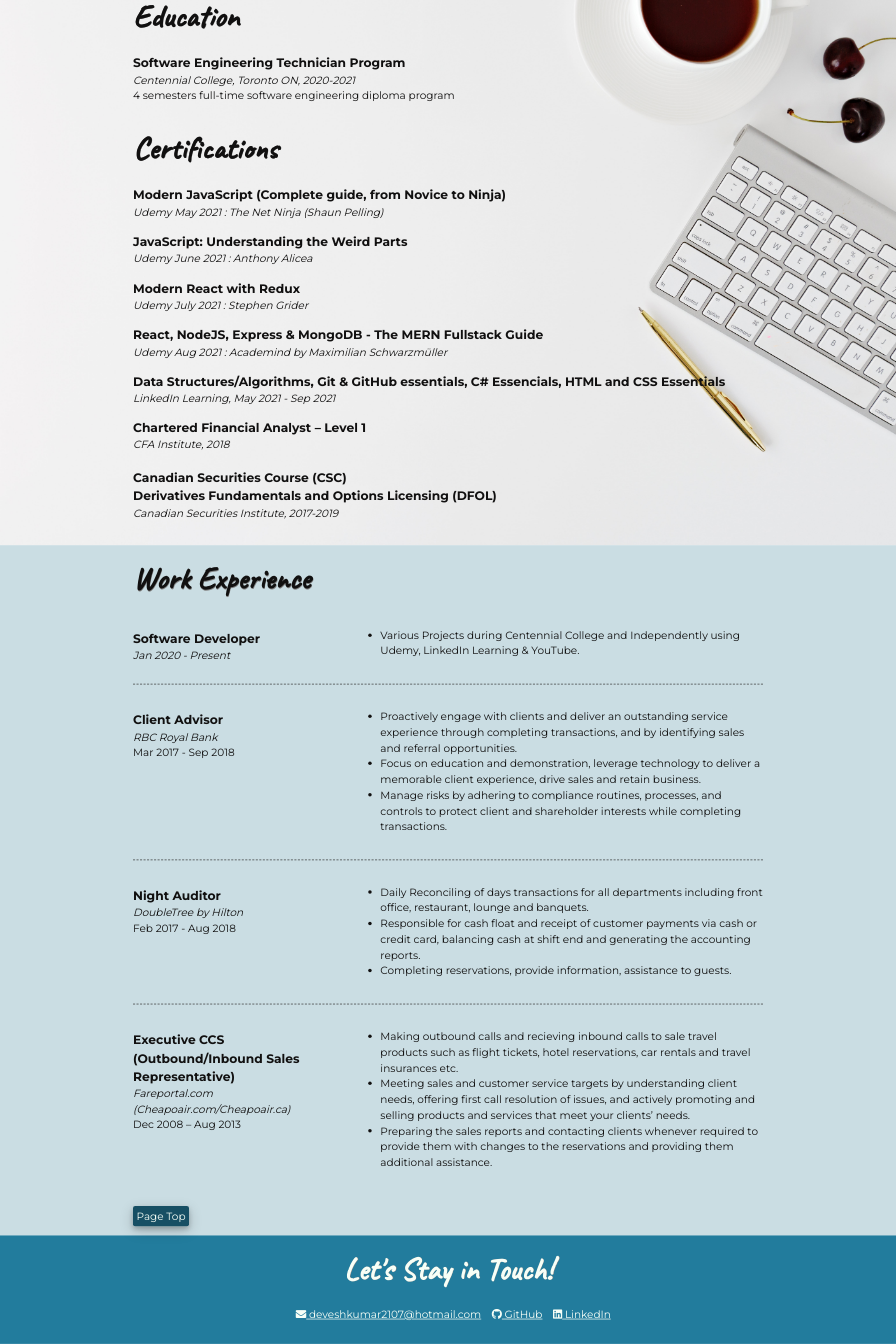
Repository: My-Web-Page/MyWebPage
Page: index.html
These files come from the project's save history. The page is drawn as it stood at one moment and after the next save; the edit follows.
The browser window is 1280 px wide. The pictures show the part of the page from y = 3357 to 5277 px (the page is 5277 px tall before and 5003 px after), at 70% of full size.
Some web libraries are served in a nearby version.

Above is the page before, as saved 2021-09-07 00:28:13.

### index.html
<!DOCTYPE html>
<html lang="en">

<head>
    <meta charset="UTF-8">
    <meta name="viewport" content="width=device-width, initial-scale=1.0">
    <link href="./assets/images/favicon.ico" rel="icon" type="image/x-icon" />

    <title> Devesh Kumar : Full-Stack Developer</title>
    <link rel="preconnect" href="https://fonts.gstatic.com">
    <link href="https://fonts.googleapis.com/css2?family=Caveat&family=Montserrat:wght@400;700&display=swap" rel="stylesheet">
    <link rel="stylesheet" href="https://pro.fontawesome.com/releases/v5.10.0/css/all.css" integrity="sha384-AYmEC3Yw5cVb3ZcuHtOA93w35dYTsvhLPVnYs9eStHfGJvOvKxVfELGroGkvsg+p" crossorigin="anonymous" />

    <link rel="stylesheet" href="style.css">
</head>

<body>
    <main>
        <!-- ***********************  ABOUT / PROFILE  *********************** -->
        <header>
            <div class="container">
                <h1>Devesh Kumar</h1>
                <h2>Software Developer</h2>
            </div>
        </header>

        <nav id="navbar">
            <ul class="nav-ul">
                <li>
                    <a href="#about-me"><i class="fas fa-info-circle"></i>About Me</a>
                </li>
                <li>
                    <a href="#projects"><i class="fab fa-elementor"></i>Projects</a>
                </li>
                <li>
                    <a href="#education"><i class="fas fa-graduation-cap"></i>Education</a>
                </li>
                <li>
                    <a href="#work-experience"><i class="fas fa-briefcase"></i>Work Experience</a>
                </li>
                <li>
                    <a href="#contact"><i class="fas fa-mobile-alt"></i>Contact Me</a>
                </li>
            </ul>
        </nav>

        <!-- *********************About Me***********************  -->
        <section id="about-me">
            <div class="container">
                <h2>About Me</h2>
                <p>Hello & Welcome! I have recently completed Software Engineering Technician program at Centennial College. This program allowed me to learn and work with various programming languages and tools. Given below are the details: </p>
                <div class="grid-container">
                    <div class="grid-item">
                        <h3>Languages & tools I primarily work with:</h3>
                        <h4> HTML, CSS (Flexbox, Grid), Bootstrap, JavaScript, React.js (Hooks & Class based components), Redux, Node.js (Express.js), JSON, REST API, NPM, C#, MongoDB, Oracle SQL, Git, Postman, VS Code, Visual Studio
                            </p>
                    </div>

                    <div class="grid-item">
                        <h3>Languages & tools I am familiar with:</h3>
                        <h4>Linux, TypeScript, Python, Java, SemanticUI, Selenium, MS Azure, Jira, Trello, IntelliJ, UML, Data Structures, SDLC, OOP, Agile, Heroku, Netlify
                            </p>
                    </div>
                </div>
                <p>I have also developed grasp over software engineering concepts such as Agile, SDLC models, Agile Project Management Concepts and Object Oriented Programming. I have also developed multiple projects using React.js, Redux, JavaScript, Node.js,
                    HTML, CSS, C#, SQL, MongoDB, Git and other tools. Additionally, I have also completed some investment management courses and certifications in the past.
                </p>

                <p><strong>Repository for this wabpage: </strong><a id="my-page-repo" target="_blank" href="https://github.com/portretrieve/MyWebPage">My Web Page</a></p>

            </div>
        </section>

        <!-- *********************Pop-Ups***********************  -->
        <section class="popup-wrapper" id="popup">
            <div class="container">
                <img id="popup-img" alt="finalproject popup">
            </div>
        </section>
        <!-- ********************  PROJECTS / PORTFOLIO  ********************* -->
        <section id="projects" class="projects">
            <div class="container divider">
                <h2>My Projects</h2>


                <!-- Project a -->
                <section class="project-item clearfix">
                    <img class="project-image" src="./assets/images/Places.png" alt="Full-Stack Places App">
                    <h3>Full-Stack Places App</h3>
                    <p> <strong>Technologies Used :</strong> MERN Stack (React, Node, Express & MongoDB)
                    </p>
                    <p>Used MERN Stack to develop this webapp. React.js for frontend, Express.Js for backend & MongoDB as Database & JWT tokens for authentication.
                    </p>
                    <a class="btn" href="https://devesh-mern-app.herokuapp.com/" target="_blank">Website Link</a>
                    <a class="btn" href="https://github.com/portretrieve/Full-stack-mern-forntend-backend-combined" target="_blank">GitHub Link</a>
                </section>
                <!-- Project b -->
                <section class="project-item clearfix">
                    <img class="project-image" src="./assets/images/deveshtube.png" alt="DeveshTube App">
                    <h3>DeveshTube App</h3>
                    <p> <strong>Technologies Used :</strong> React.js (Using Hooks)</p>
                    <p>Developed this webapp using React.js (Hooks).</p>
                    <a class="btn" href="https://blissful-pasteur-e62546.netlify.app/" target="_blank">Website Link</a>
                    <a class="btn" href="https://github.com/portretrieve/reactApp-DeveshTube-using-hooks" target="_blank">GitHub Link</a>
                </section>

                <!-- Project c -->
                <section class="project-item clearfix">
                    <img class="project-image" src="./assets/images/pics.png" alt="Pics Search App">
                    <h3>Pics Search App</h3>
                    <p> <strong>Technologies Used :</strong>React.js.</p>
                    <p>Developed this webapp using React.js
                    </p>
                    <a class="btn" href="https://eager-bassi-827826.netlify.app/" target="_blank">Website Link</a>
                    <a class="btn" href="https://github.com/portretrieve/reactApp-pics" target="_blank">GitHub Link</a>
                </section>

                <!-- Project 1 -->
                <section class="project-item clearfix">
                    <img class="project-image" src="./assets/images/assignment_2.png" alt="Portfolio Assignment Using Node.js, Bootstrap, EJS and MongoDB">
                    <h3>Personal Portfolio Website</h3>
                    <p> <strong>Technologies Used :</strong> EJS, CSS, Node.js and MongoDB.</p>
                    <p>Developed this website using above mentioned technologies. I used ExpressJs middleware, and passport.js for authentication.</p>
                    <a class="btn" href="https://comp229-asnmt2.herokuapp.com/home" target="_blank">Website Link</a>
                    <a class="btn" href="https://github.com/portretrieve/Assignment_2" target="_blank">GitHub Link</a>
                </section>

                <!-- Project 2 -->
                <section class="project-item clearfix">
                    <img class="project-image" src="./assets/images/final_project.png" alt="Final Project Using Node.js, Bootstrap, EJS and MongoDB">
                    <h3>Angel's Investment Website</h3>
                    <p> <strong>Technologies Used :</strong> EJS, CSS, Node.js and MongoDB.</p>
                    <p>Created this website as a group project using Node.js(Express.js), and Passport.js to authenticate.
                    </p>
                    <a class="btn" href="https://angelinvestfinal.herokuapp.com/" target="_blank">Website Link</a>
                    <a class="btn" href="https://github.com/Angel-Investor/AngelInvestor-Web-App" target="_blank">GitHub
                        Link</a>
                </section>

                <!-- Project 3 -->
                <section class="project-item clearfix">
                    <img class="project-image" src="./assets/images/slot-machine.png" alt="Casino slot machine game using HTML, CSS, JavaScript, TypeScript and EaselJS">
                    <h3>Slot Machine Game</h3>
                    <p> <strong>Technologies Used :</strong> HTML, CSS, JavaScript, TypeScript and EaselJS.</p>
                    <a class="btn" href="https://portretrieve.github.io/COMP125-Assignment-4-CreateJS-Slot-Machine/" target="_blank">Website Link</a>
                    <a class="btn" href="https://github.com/portretrieve/COMP125-Assignment-4-CreateJS-Slot-Machine" target="_blank">GitHub Link</a>
                </section>

                <!-- Project d -->
                <section class="project-item clearfix">
                    <img class="project-image" src="./assets/images/realEstate.png" alt="Real Estate Website">
                    <h3>Real Estate Website</h3>
                    <p> <strong>Technologies Used :</strong> HTML, CSS</p>
                    <p>Developed this website using only HTML, CSS as one of my school assignments.</p>
                    <a class="btn" href="http://studentweb.cencol.ca/dkumar63/project/home.html" target="_blank">Website
                        Link</a>
                    <a class="btn" href="https://github.com/portretrieve/Real-Estate-App" target="_blank">GitHub
                        Link</a>
                </section>
                <!-- Project 4 -->
                <section class="project-item clearfix">
                    <img class="project-image" src="./assets/images/restaurant_app.png" alt="Restaurant app using C# WPF MVVM">
                    <h3>Restaurant POS system app</h3>
                    <p> <strong>Technologies Used :</strong> C#, WPF and XAML.</p>
                    <p>Created the restaurant P.O.S app using C# and WPF.</p>
                    <a class="btn" href="https://github.com/portretrieve/Restaurant_app" target="_blank">GitHub Link</a>
                </section>
                <section>
                    <h3>Other Projects: </h3>
                    <p> <strong>Technologies Used :</strong> C#, WinForms, SQL, PL/SQL, Java, Python, Jira, Trello, Lucid Charts, MS Visio etc. </p>
                    <p>In addition to the projects above, I have also developed other projects using the languages and tools above. All of these projects can be found on my <span><a
                                href="https://github.com/portretrieve" target="_blank">GitHub Page</a>.</span></p>
                </section>
            </div>
        </section>

        <!-- ******************  EDUCATION & CERTIFICATIONS ****************** -->
        <section id="education" class="education">
            <div class="container item-details">

                <h2>Education</h2>

                <section>
                    <h3>Software Engineering Technician Program</h3>
                    <p>Centennial College, Toronto ON, 2020-2021</p>
                    <p>4 semesters full-time software engineering diploma program </p>
                </section>
            </div>
            <div class="container item-details">

                <h2>Certifications</h2>

                <section>
                    <h3>Modern JavaScript (Complete guide, from Novice to Ninja)</h3>
                    <p>Udemy May 2021 : The Net Ninja (Shaun Pelling)</p>
                </section>
                <section>
                    <h3>JavaScript: Understanding the Weird Parts</h3>
                    <p>Udemy June 2021 : Anthony Alicea</p>
                </section>
                <section>
                    <h3>Modern React with Redux</h3>
                    <p>Udemy July 2021 : Stephen Grider</p>
                </section>
                <section>
                    <h3>React, NodeJS, Express & MongoDB - The MERN Fullstack Guide</h3>
                    <p>Udemy Aug 2021 : Academind by Maximilian Schwarzmüller</p>
                </section>
                <section>
                    <h3>Data Structures/Algorithms, Git & GitHub essentials, C# Essencials, HTML and CSS Essentials</h3>
                    <p>LinkedIn Learning, May 2021 - Sep 2021 </p>
                </section>
                <section>
                    <h3>Chartered Financial Analyst – Level 1</h3>
                    <p>CFA Institute, 2018</p>
                </section>
                <br>
                <section class="csc">
                    <h3>Canadian Securities Course (CSC)</h3>
                    <h3>Derivatives Fundamentals and Options Licensing (DFOL)</h3>
                    <p>Canadian Securities Institute, 2017-2019 </p>
                </section>

            </div>
        </section>

        <!-- ***********************  WORK EXPERIENCE  *********************** -->
        <section id="work-experience" class="work-experience">
            <div class="container item-details divider">
                <h2>Work Experience</h2>

                <!-- Job 1 -->
                <section class="job-item">
                    <div class="job-details">
                        <h3>Software Developer</h3>
                        <p>Jan 2020 - Present</p>
                    </div>
                    <div class="job-summary">
                        <ul>
                            <li>Various Projects during Centennial College and Independently using Udemy, LinkedIn Learning & YouTube.</li>
                        </ul>

                    </div>
                </section>

                <!-- Job 1 -->
                <section class="job-item">
                    <div class="job-details">
                        <h3>Client Advisor</h3>
                        <p>RBC Royal Bank</p>
                        <p>Mar 2017 - Sep 2018</p>
                    </div>
                    <div class="job-summary">
                        <ul>
                            <li>Proactively engage with clients and deliver an outstanding service experience through completing transactions, and by identifying sales and referral opportunities.</li>
                            <li>Focus on education and demonstration, leverage technology to deliver a memorable client experience, drive sales and retain business.</li>
                            <li>Manage risks by adhering to compliance routines, processes, and controls to protect client and shareholder interests while completing transactions.</li>
                        </ul>

                    </div>
                </section>

                <!-- Job 2 -->
                <section class="job-item">

                    <div class="job-details">
                        <h3>Night Auditor</h3>
                        <p>DoubleTree by Hilton</p>
                        <p>Feb 2017 - Aug 2018</p>

                    </div>
                    <div class="job-summary">
                        <ul>
                            <li>Daily Reconciling of days transactions for all departments including front office, restaurant, lounge and banquets.</li>
                            <li>Responsible for cash float and receipt of customer payments via cash or credit card, balancing cash at shift end and generating the accounting reports.</li>
                            <li>Completing reservations, provide information, assistance to guests.</li>
                        </ul>
                    </div>

                </section>

                <!-- Job 3 -->
                <section class="job-item">
                    <div class="job-details">
                        <h3>Executive CCS (Outbound/Inbound Sales Representative)</h3>
                        <p>Fareportal.com (Cheapoair.com/Cheapoair.ca)</p>
                        <p>Dec 2008 – Aug 2013</p>
                    </div>
                    <div class="job-summary">
                        <ul>
                            <li>Making outbound calls and recieving inbound calls to sale travel products such as flight tickets, hotel reservations, car rentals and travel insurances etc.</li>
                            <li>Meeting sales and customer service targets by understanding client needs, offering first call resolution of issues, and actively promoting and selling products and services that meet your clients’ needs.</li>
                            <li>Preparing the sales reports and contacting clients whenever required to provide them with changes to the reservations and providing them additional assistance.</li>
                        </ul>
                    </div>
                </section>
                <a class="top-btn" href="#top">Page Top</a>

            </div>
        </section>


        <!-- *****************  CONTACT INFO / SOCIAL MEDIA  ***************** -->
        <footer>
            <div id="contact" class="container">
                <h2>Let's Stay in Touch!</h2>
                <!-- Social media and contact links. Add or remove any networks. -->
                <ul class="contact-list">
                    <li><a href="mailto:deveshkumar2107@hotmail.com"><i
                                class="fas fa-envelope"></i>&nbsp;deveshkumar2107@hotmail.com</a></li>
                    <li><a href="https://github.com/portretrieve" target="_blank"><i
                                class="fab fa-github"></i>&nbsp;GitHub</a></li>
                    <li><a href="https://www.linkedin.com/in/devesh-kumar-2aa03b64/" target="_blank"><i
                                class="fab fa-linkedin"></i>&nbsp;LinkedIn</a></li>
                </ul>
            </div>
        </footer>
    </main>
    <script src="./script.js"></script>
</body>

</html>

Loaded but not shown: script.js (18 lines, source omitted); style.css (418 lines, source omitted)

After the next save:
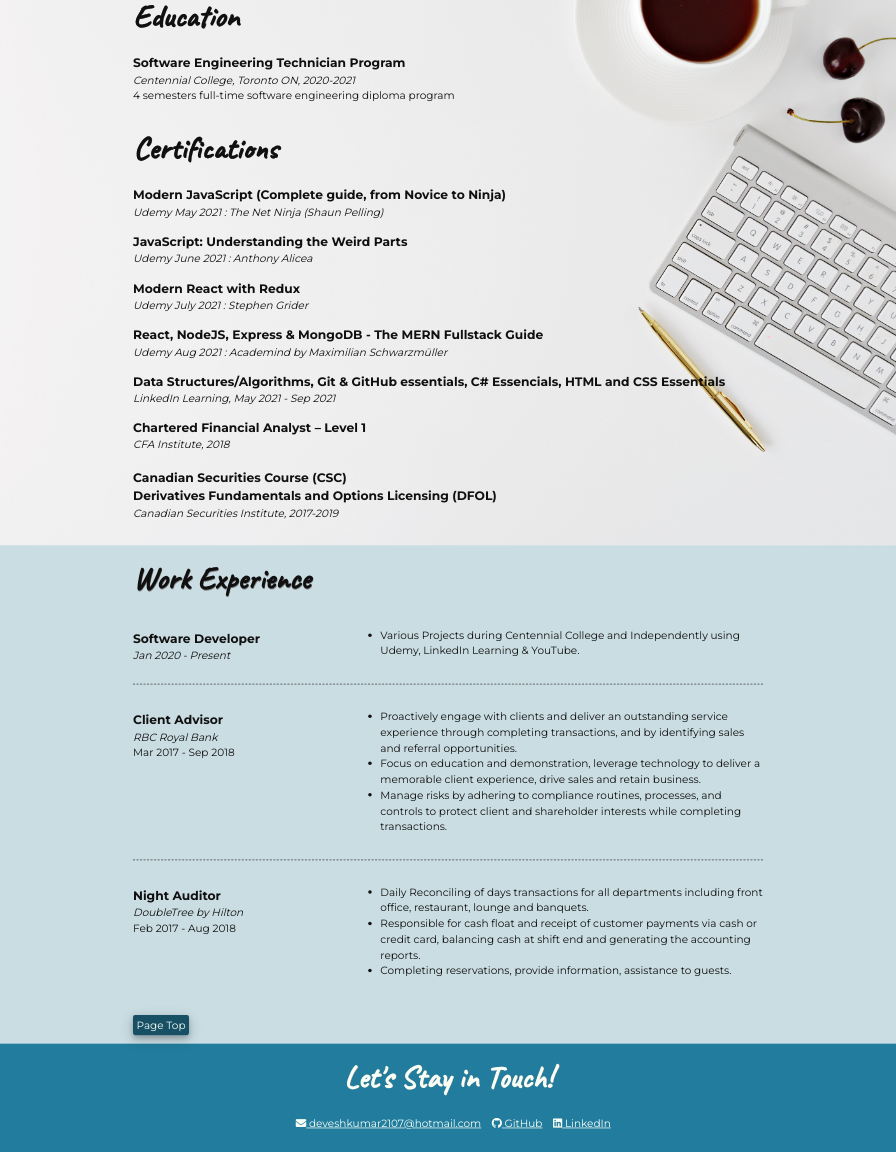
Saved 54 min 30 s later.
--- a/index.html
+++ b/index.html
@@ -279,21 +279,6 @@
 
                 </section>
 
-                <!-- Job 3 -->
-                <section class="job-item">
-                    <div class="job-details">
-                        <h3>Executive CCS (Outbound/Inbound Sales Representative)</h3>
-                        <p>Fareportal.com (Cheapoair.com/Cheapoair.ca)</p>
-                        <p>Dec 2008 – Aug 2013</p>
-                    </div>
-                    <div class="job-summary">
-                        <ul>
-                            <li>Making outbound calls and recieving inbound calls to sale travel products such as flight tickets, hotel reservations, car rentals and travel insurances etc.</li>
-                            <li>Meeting sales and customer service targets by understanding client needs, offering first call resolution of issues, and actively promoting and selling products and services that meet your clients’ needs.</li>
-                            <li>Preparing the sales reports and contacting clients whenever required to provide them with changes to the reservations and providing them additional assistance.</li>
-                        </ul>
-                    </div>
-                </section>
                 <a class="top-btn" href="#top">Page Top</a>
 
             </div>
